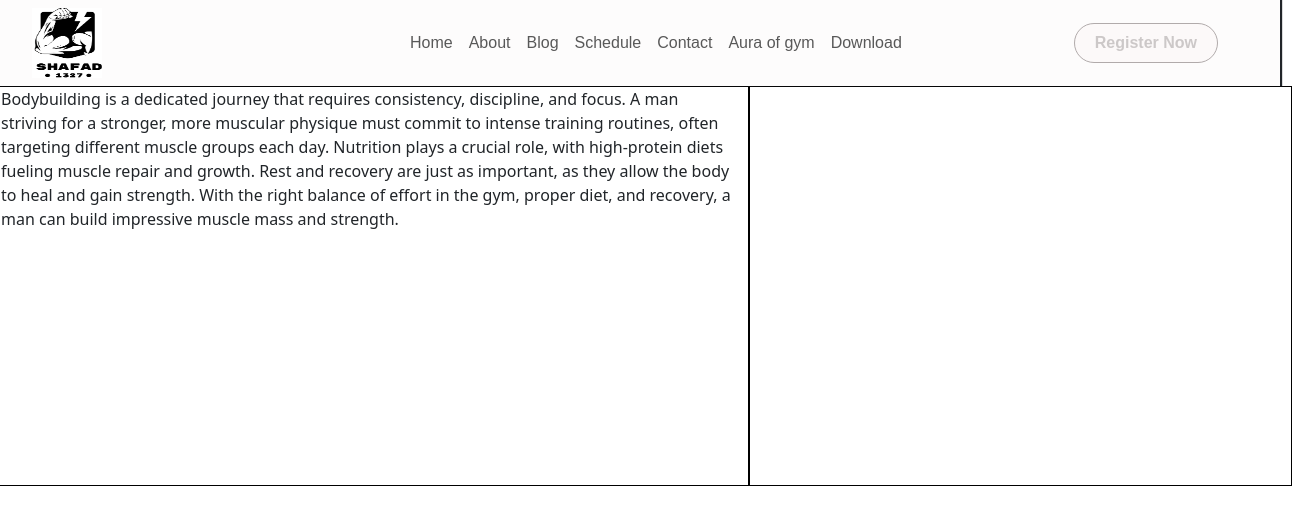
Repository: Daud-shafad/gymwebsite
Page: bootstrap-5.3.3-dist/bootstrap-5.3.3-dist/gym.html
The author's editor kept a copy of each file at every save. The page is drawn from the files as they stood at one save, then again after the next save.
The browser window is 1280 px wide. The page is 1292 px wide, so the pictures cover 1292 px, including what lies to the right of the window. The pictures show the whole page.

Above is the page before, as saved 2024-12-28 13:30:14.

### bootstrap-5.3.3-dist/bootstrap-5.3.3-dist/gym.html
<!DOCTYPE html>
<html lang="en">
<head>
    <title>GYM WEBSITE</title>
    <meta charset="UTF-8">
    <meta name="viewport" content="width=device-width, initial-scale=1.0">
    <meta name="author" content="Daud_Shafad">
    <meta name="Description" content="This gym website front-end part">
    <meta name="keyword" content="html, css, bootstrap, front-end, gym, website">
    <link rel="stylesheet" href="gym.css">
    <link rel="stylesheet" href="css/bootstrap.css">


</head>
<body>

    <nav class="navbar navbar-expand-lg" style="background-color: rgb(253, 252, 252); box-shadow: 1px -1px 1px 1px">
        <div class="container-fluid">
          <img src="power.png" style="width: 70px;
          height: 70px; margin-left: 20px;" >
          <button class="navbar-toggler" type="button" data-bs-toggle="collapse" data-bs-target="#navbarSupportedContent" aria-controls="navbarSupportedContent" aria-expanded="false" aria-label="Toggle navigation">
            <span class="navbar-toggler-icon"></span>
          </button>
          <div class="collapse navbar-collapse" id="navbarSupportedContent" style="font-family: sans-serif;">
            <ul class="navbar-nav me-auto mb-2 mb-lg-0" style="margin-left: 300px;">
              <li class="nav-item" >
                <a class="nav-link" aria-current="page" href="#">Home</a>
              </li>
              <li class="nav-item" >
                <a class="nav-link" href="#">About</a>
              </li>
              <li class="nav-item">
                <a class="nav-link" href="#">Blog</a>
              </li>
              <li class="nav-item">
                <a class="nav-link" aria-disabled="false">Schedule</a>
              </li>
              <li class="nav-item">
                <a class="nav-link" aria-disabled="false">Contact</a>
              </li>
              <li class="nav-item">
                <a class="nav-link" aria-disabled="false">Aura of gym</a>
              </li>
              <li class="nav-item">
                <a class="nav-link" aria-disabled="false">Download</a>
              </li>
              </ul>
           <button class="btn-register">
            Register Now
           </button>
          </div>
        </div>
      </nav>

      <div class="row">
        <div class="col-7">
          <p class="p-man-bodybuilding">Bodybuilding is a dedicated journey that requires consistency, discipline, and focus. A man striving for a stronger, more muscular physique must commit to intense training routines, often targeting different muscle groups each day. Nutrition plays a crucial role, with high-protein diets fueling muscle repair and growth. Rest and recovery are just as important, as they allow the body to heal and gain strength. With the right balance of effort in the gym, proper diet, and recovery, a man can build impressive muscle mass and strength.</p>
        </div>
        <div class="col-5">

        </div>
      </div>





    <script src="js/bootstrap.js"></script>


</body>
</html>

### bootstrap-5.3.3-dist/bootstrap-5.3.3-dist/gym.css
*{
    margin:0;
    padding: 0;
}

.btn-register{
    background-color: rgb(252, 249, 249);
    padding: 7px 20px 7px 20px;
    border: 1px solid rgb(177, 171, 171);
    cursor: pointer;
    border-radius: 25px;
    margin-right: 50px;
    font-family: sans-serif;
    font-size: 16px;
    font-weight: 600;
    color: rgb(204, 200, 200);
    text-transform: capitalize;
    transition: all 2s;
}

.btn-register:hover{
   background-color: rgb(177, 171, 171);
   color: rgb(252, 249, 249);
   border: rgb(252, 249, 249);
   letter-spacing: 2px;
   box-shadow: 2px 1px 2px 2px;

}

#navbarSupportedContent:hover{
    letter-spacing: 1px;
    color: black;
    cursor: pointer;
    transition: all 2s;
}

.row .col-7{
    height: 400px;
    border: 1px solid black;
}

.row .col-5{
    height: 400px;
    border: 1px solid black;

}

Loaded but not shown: bootstrap-5.3.3-dist/bootstrap-5.3.3-dist/css/bootstrap.css (library); bootstrap-5.3.3-dist/bootstrap-5.3.3-dist/js/bootstrap.js (library)

After the next save:
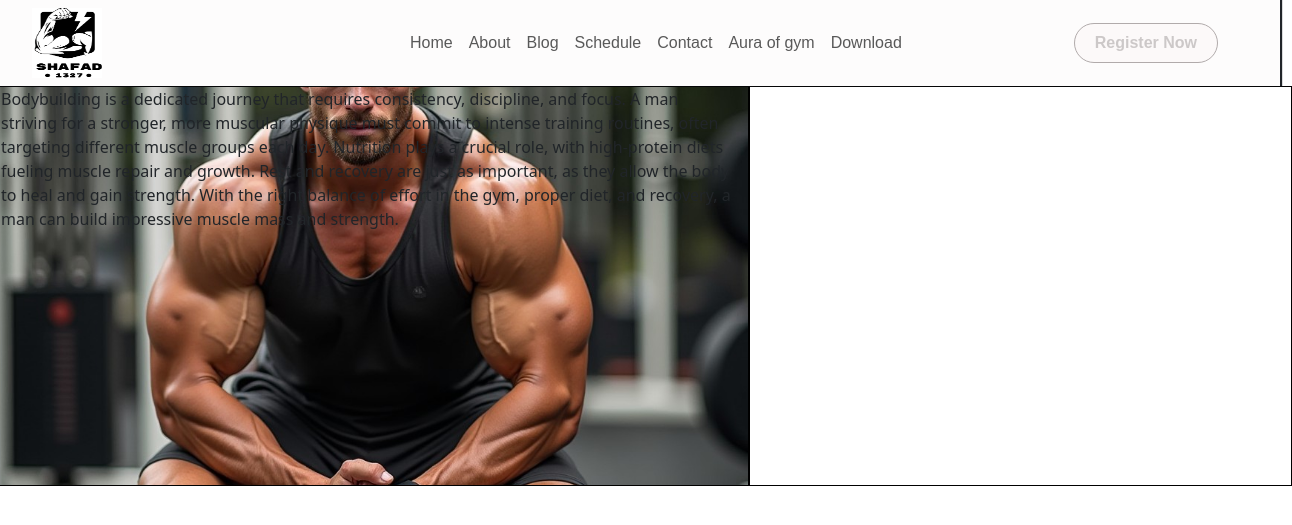
Saved 48 s later.
--- a/bootstrap-5.3.3-dist/bootstrap-5.3.3-dist/gym.css
+++ b/bootstrap-5.3.3-dist/bootstrap-5.3.3-dist/gym.css
@@ -36,6 +36,10 @@
 
 .row .col-7{
     height: 400px;
+    background: url(Photoman2.jpg);
+    background-position: center;
+    background-size: cover;
+    background-repeat: no-repeat;
     border: 1px solid black;
 }
 
